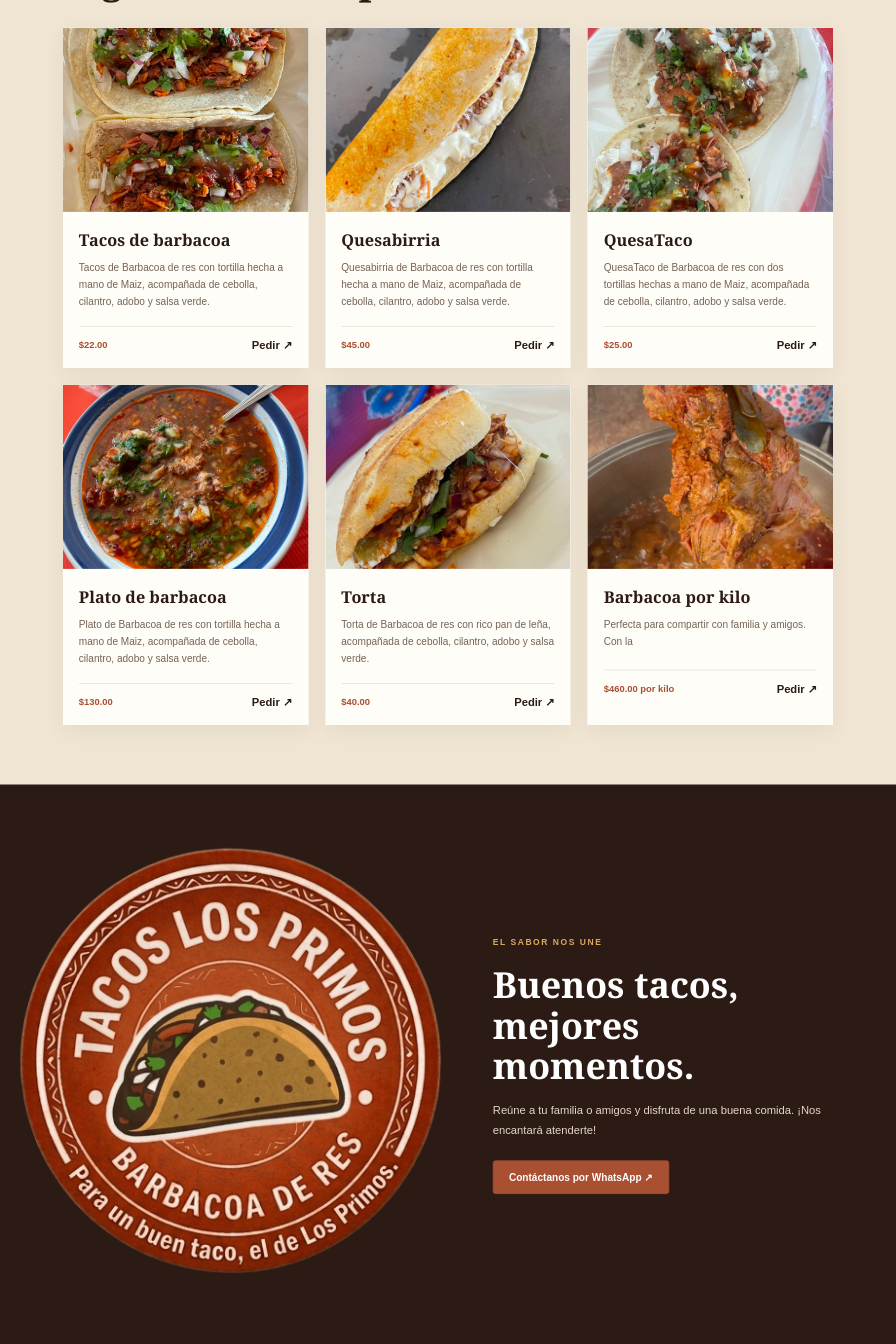
Repository: rafaelsilva2k/TacoslosPrimos-landingP
Page: /
The author's editor kept a copy of each file at every save. The page is drawn from the files as they stood at one save, then again after the next save.
The browser window is 1280 px wide. The pictures show the part of the page from y = 1364 to 3284 px (the page is 4126 px tall), at 70% of full size.
The project was rebuilt for these pictures with package versions that can differ from the ones it lists, and the page was loaded fresh each time. Also part of the build but not shown: vite.config.js.

Above is the page before, as saved 2026-10-23 11:52:38.

### index.html

<!doctype html>
<html lang="es-MX">
  <head>
    <meta charset="UTF-8" />
    <meta name="viewport" content="width=device-width, initial-scale=1.0" />
    <meta
      name="description"
      content="Disfruta deliciosos tacos de barbacoa de res en Morelia, Michoacán. Consulta nuestro menú y haz tu pedido por WhatsApp."
    />
    <meta name="theme-color" content="#2b1b14" />
    <title>Tacos Los Primos | Barbacoa de res en Morelia</title>
  </head>
  <body>
    <div id="root"></div>
    <script type="module" src="/src/main.jsx"></script>
  </body>
</html>

### src/index.css

* {
  box-sizing: border-box;
}

html {
  scroll-behavior: smooth;
  scroll-padding-top: 20px;
}

body {
  margin: 0;
  min-width: 320px;
  font-family: Arial, Helvetica, sans-serif;
  background: #faf4e9;
  color: #38271d;
  -webkit-font-smoothing: antialiased;
}

button,
a {
  -webkit-tap-highlight-color: transparent;
}

img {
  max-width: 100%;
}

::selection {
  background: #a94f32;
  color: white;
}

### src/App.jsx

import "./App.css";

const NEGOCIO = {
  nombre: "TACOS LOS PRIMOS",
  lema: "Barbacoa de res estilo Tierra Caliente",
  ciudad: "Morelia, Michoacán",
  telefonoWhatsApp: "524531285884",
  direccion: "Sobre Avenida Amalia Solorzano, Frente a Primaria Ignacio Manuel Altamirano, Morelia, Michoacán",
  horario: "Lunes a Domingo: 8:00 AM - 12:40 PM",
};

const menu = [
  {
    nombre: "Tacos de barbacoa",
    descripcion:
      "Tacos de Barbacoa de res con tortilla hecha a mano de Maiz, acompañada de cebolla, cilantro, adobo y salsa verde.",
    imagen: "src/assets/tacos.png",
    precio: "$22.00",
  },
  {
    nombre: "Quesabirria",
    descripcion:
      "Quesabirria de Barbacoa de res con tortilla hecha a mano de Maiz, acompañada de cebolla, cilantro, adobo y salsa verde.",
    imagen: "src/assets/quesabirria.png",
    precio: "$45.00",
  },
  {
    nombre: "QuesaTaco",
    descripcion:
      "QuesaTaco de Barbacoa de res con dos tortillas hechas a mano de Maiz, acompañada de cebolla, cilantro, adobo y salsa verde.",
    imagen: "src/assets/quesataco.png",
    precio: "$25.00",
  },
  {
    nombre: "Plato de barbacoa",
    descripcion:
      "Plato de Barbacoa de res con tortilla hecha a mano de Maiz, acompañada de cebolla, cilantro, adobo y salsa verde.",
    imagen: "src/assets/plato.png",
    precio: "$130.00",
  },
  {
    nombre: "Torta",
    descripcion:
      "Torta de Barbacoa de res con rico pan de leña, acompañada de cebolla, cilantro, adobo y salsa verde.",
    imagen: "src/assets/torta.png",
    precio: "$40.00",
  },
  {
    nombre: "Barbacoa por kilo",
    descripcion:
      "Perfecta para compartir con familia y amigos. Con la ",
    imagen: "src/assets/porkilo.png",
    precio: "$460.00 por kilo",
  },
];

function crearMensaje(producto = "") {
  const mensaje = producto
    ? `Hola, quiero pedir ${producto}. ¿Me pueden dar información?`
    : `Hola, quiero conocer el menú de ${NEGOCIO.nombre}.`;

  return `https://wa.me/${NEGOCIO.telefonoWhatsApp}?text=${encodeURIComponent(
    mensaje
  )}`;
}

function App() {
  return (
    <>
      <header className="navbar">
        <a href="#inicio" className="marca">
          <img
            src="/src/assets/logo.png"
            alt={`Logotipo de ${NEGOCIO.nombre}`}
            className="logo"
          />
          <span>{NEGOCIO.nombre}</span>
        </a>

        <nav className="nav-links" aria-label="Navegación principal">
          <a href="#menu">Menú</a>
          <a href="#nosotros">Nosotros</a>
          <a href="#ubicacion">Ubicación</a>
        </nav>

        <a
          className="boton boton-nav"
          href={crearMensaje()}
          target="_blank"
          rel="noreferrer"
        >
          Pedir por WhatsApp
        </a>
      </header>

      <main>
        <section className="hero" id="inicio">
          <div className="hero-contenido">
            <span className="etiqueta">
              SABOR TRADICIONAL · {NEGOCIO.ciudad.toUpperCase()}
            </span>

            <h1>
              El sabor de una buena
              <span> barbacoa.</span>
            </h1>

            <p>
              Ven a disfrutar nuestros tacos de barbacoa de res,
              preparados para compartir buenos momentos y mucho sabor.
            </p>

            <div className="hero-botones">
              <a
                className="boton"
                href={crearMensaje()}
                target="_blank"
                rel="noreferrer"
              >
                Haz tu pedido <span aria-hidden="true">↗</span>
              </a>

              <a className="boton boton-secundario" href="#menu">
                Conoce nuestro menú
              </a>
            </div>
          </div>

          <div className="hero-pie">
            <span>BARBACOA DE RES</span>
            <span>HECHA PARA COMPARTIR</span>
          </div>
        </section>

        <section className="introduccion" id="nosotros">
          <span className="etiqueta etiqueta-oscura">
            BIENVENIDOS A {NEGOCIO.nombre}
          </span>

          <h2>{NEGOCIO.lema}.</h2>

          <p>
            Nos encanta compartir el sabor de la barbacoa de res.
            Queremos que cada visita sea una buena experiencia,
            desde el primer taco hasta el último bocado.
          </p>
        </section>

        <section className="seccion-menu" id="menu">
          <div className="encabezado-seccion">
            <div>
              <span className="etiqueta etiqueta-oscura">
                RECIÉN PREPARADO
              </span>
              <h2>Algo bueno te espera.</h2>
            </div>

            <p>
              Descubre nuestros favoritos y encuentra el
              acompañamiento perfecto.
            </p>
          </div>

          <div className="menu-grid">
            {menu.map((producto) => (
              <article className="producto" key={producto.nombre}>
                <div className="producto-imagen">
                  <img
                    src={producto.imagen}
                    alt={producto.nombre}
                    loading="lazy"
                  />
                </div>

                <div className="producto-info">
                  <h3>{producto.nombre}</h3>
                  <p>{producto.descripcion}</p>

                  <div className="producto-pie">
                    <span>{producto.precio}</span>
                    <a
                      href={crearMensaje(producto.nombre)}
                      target="_blank"
                      rel="noreferrer"
                      aria-label={`Pedir información sobre ${producto.nombre}`}
                    >
                      Pedir ↗
                    </a>
                  </div>
                </div>
              </article>
            ))}
          </div>
        </section>

        <section className="destacado">
          <div className="destacado-imagen">
            <img
              src="/src/assets/logo.png"
              alt={`Conoce ${NEGOCIO.nombre}`}
              loading="lazy"
            />
          </div>

          <div className="destacado-texto">
            <span className="etiqueta">
              EL SABOR NOS UNE
            </span>

            <h2>Buenos tacos, mejores momentos.</h2>

            <p>
              Reúne a tu familia o amigos y disfruta de una buena
              comida. ¡Nos encantará atenderte!
            </p>

            <a
              className="boton"
              href={crearMensaje()}
              target="_blank"
              rel="noreferrer"
            >
              Contáctanos por WhatsApp ↗
            </a>
          </div>
        </section>

        <section className="ubicacion" id="ubicacion">
          <span className="etiqueta etiqueta-oscura">
            ENCUÉNTRANOS
          </span>

          <h2>Te esperamos.</h2>

          <p>
            <strong>Ubicación:</strong> {NEGOCIO.direccion}
          </p>

          <p>
            <strong>Horario:</strong> {NEGOCIO.horario}
          </p>

          <p>{NEGOCIO.ciudad}</p>

          <a
            className="boton"
            href="https://maps.google.com/?q=19.657452%2C-101.195000"
            target="_blank"
            rel="noreferrer"
          >
            Buscar en Google Maps ↗
          </a>

          <p>
          <a
            className="boton"
            href="https://oia.didiglobal.com/dlp/0SPnBE"
            target="_blank"
            rel="noreferrer"
          >
            Buscar en DIDI Food ↗
          </a>
          </p>


        </section>
      </main>

      <footer className="footer">
        <a href="#inicio" className="marca marca-footer">
          <img src="/src/assets/logo.png" alt="" className="logo" />
          <span>{NEGOCIO.nombre}</span>
        </a>

        <p>El sabor de la tradición, en cada taco.</p>

        <a
          href={crearMensaje()}
          target="_blank"
          rel="noreferrer"
        >
          Escríbenos por WhatsApp
        </a>

        <small>
          © {new Date().getFullYear()} {NEGOCIO.nombre}. Todos los derechos
          reservados.
        </small>
      </footer>

      <a
        className="whatsapp-flotante"
        href={crearMensaje()}
        target="_blank"
        rel="noreferrer"
        aria-label="Contactar por WhatsApp"
      >
        WhatsApp ↗
      </a>
    </>
  );
}

export default App;

### src/App.css

:root {
  --cafe: #2b1b14;
  --cafe-claro: #4b3022;
  --crema: #faf4e9;
  --terracota: #a94f32;
  --dorado: #d9a85e;
  --texto: #38271d;
  --blanco: #fffdf8;
}

#root {
  width: 100%;
}

.navbar {
  min-height: 82px;
  padding: 14px 6%;
  display: flex;
  align-items: center;
  justify-content: space-between;
  gap: 24px;
  background: var(--crema);
}

.marca {
  display: flex;
  align-items: center;
  gap: 12px;
  color: var(--cafe);
  font-weight: 900;
  font-size: 1.05rem;
  letter-spacing: 1px;
  text-decoration: none;
}

.logo {
  width: 48px;
  height: 48px;
  object-fit: contain;
}

.nav-links {
  display: flex;
  align-items: center;
  gap: 30px;
}

.nav-links a,
.footer > a:not(.marca) {
  color: var(--texto);
  text-decoration: none;
  font-size: 0.9rem;
}

.nav-links a:hover,
.footer > a:not(.marca):hover {
  color: var(--terracota);
}

.boton {
  display: inline-flex;
  align-items: center;
  justify-content: center;
  gap: 10px;
  min-height: 48px;
  padding: 13px 22px;
  border: 1px solid var(--terracota);
  border-radius: 4px;
  background: var(--terracota);
  color: white;
  font-weight: 700;
  font-size: 0.9rem;
  text-decoration: none;
  transition: background 0.2s, transform 0.2s;
}

.boton:hover {
  background: #853c26;
  transform: translateY(-2px);
}

.boton-nav {
  min-height: 42px;
  padding: 10px 16px;
}

.hero {
  position: relative;
  display: flex;
  align-items: center;
  min-height: 620px;
  padding: 90px 8% 105px;
  color: white;
  background:
    linear-gradient(
      90deg,
      rgba(31, 19, 12, 0.94) 0%,
      rgba(31, 19, 12, 0.75) 48%,
      rgba(31, 19, 12, 0.15) 100%
    ),
    url("/tacos-barbacoa.jpg") center 55% / cover no-repeat;
}

.hero-contenido {
  max-width: 680px;
}

.etiqueta {
  display: inline-block;
  margin-bottom: 22px;
  color: var(--dorado);
  font-size: 0.76rem;
  font-weight: 800;
  letter-spacing: 2.2px;
  line-height: 1.6;
}

.hero h1 {
  margin: 0;
  font-family: Georgia, "Times New Roman", serif;
  font-size: clamp(3rem, 6.4vw, 5.5rem);
  line-height: 1.04;
  letter-spacing: -2px;
}

.hero h1 span {
  display: block;
  color: var(--dorado);
}

.hero-contenido > p {
  max-width: 500px;
  margin: 25px 0 30px;
  color: #f0e5d8;
  font-size: 1.05rem;
  line-height: 1.9;
}

.hero-botones {
  display: flex;
  flex-wrap: wrap;
  gap: 12px;
}

.boton-secundario {
  border-color: rgba(255, 255, 255, 0.65);
  background: transparent;
}

.boton-secundario:hover {
  background: rgba(255, 255, 255, 0.12);
}

.hero-pie {
  position: absolute;
  right: 8%;
  bottom: 25px;
  left: 8%;
  display: flex;
  justify-content: space-between;
  gap: 20px;
  padding-top: 15px;
  border-top: 1px solid rgba(255, 255, 255, 0.35);
  color: #f4e3cd;
  font-size: 0.68rem;
  font-weight: 700;
  letter-spacing: 2px;
}

.introduccion {
  max-width: 850px;
  margin: 0 auto;
  padding: 100px 24px;
  text-align: center;
}

.etiqueta-oscura {
  color: var(--terracota);
}

.introduccion h2,
.encabezado-seccion h2,
.ubicacion h2 {
  margin: 0;
  color: var(--cafe);
  font-family: Georgia, "Times New Roman", serif;
  font-size: clamp(2.2rem, 4vw, 3.3rem);
  line-height: 1.15;
}

.introduccion > p {
  max-width: 650px;
  margin: 24px auto 0;
  color: #6d5a4d;
  font-size: 1.02rem;
  line-height: 1.9;
}

.seccion-menu {
  padding: 85px 7%;
  background: #f0e5d3;
}

.encabezado-seccion {
  display: flex;
  align-items: end;
  justify-content: space-between;
  gap: 30px;
  margin-bottom: 38px;
}

.encabezado-seccion .etiqueta {
  margin-bottom: 14px;
}

.encabezado-seccion > p {
  max-width: 330px;
  margin: 0 0 5px;
  color: #6d5a4d;
  line-height: 1.8;
}

.menu-grid {
  display: grid;
  grid-template-columns: repeat(3, minmax(0, 1fr));
  gap: 24px;
}

.producto {
  overflow: hidden;
  background: var(--blanco);
  box-shadow: 0 8px 28px rgba(43, 27, 20, 0.06);
}

.producto-imagen {
  overflow: hidden;
  aspect-ratio: 4 / 3;
  background: #e4d5c0;
}

.producto-imagen img,
.destacado-imagen img {
  width: 100%;
  height: 100%;
  display: block;
  object-fit: cover;
  transition: transform 0.4s;
}

.producto:hover .producto-imagen img {
  transform: scale(1.04);
}

.producto-info {
  padding: 23px;
}

.producto-info h3 {
  margin: 0 0 12px;
  color: var(--cafe);
  font-family: Georgia, "Times New Roman", serif;
  font-size: 1.45rem;
}

.producto-info > p {
  min-height: 55px;
  margin: 0;
  color: #756255;
  font-size: 0.9rem;
  line-height: 1.7;
}

.producto-pie {
  display: flex;
  align-items: center;
  justify-content: space-between;
  gap: 12px;
  margin-top: 22px;
  padding-top: 17px;
  border-top: 1px solid #eadfce;
}

.producto-pie span {
  color: var(--terracota);
  font-size: 0.84rem;
  font-weight: 800;
}

.producto-pie a {
  color: var(--cafe);
  font-weight: 800;
  text-decoration: none;
}

.destacado {
  display: grid;
  grid-template-columns: 1fr 1fr;
  min-height: 430px;
  background: var(--cafe);
  color: white;
}

.destacado-imagen {
  min-height: 400px;
  overflow: hidden;
}

.destacado-texto {
  display: flex;
  flex-direction: column;
  align-items: flex-start;
  justify-content: center;
  padding: 65px 10%;
}

.destacado-texto h2 {
  max-width: 450px;
  margin: 0;
  font-family: Georgia, "Times New Roman", serif;
  font-size: clamp(2.3rem, 4vw, 3.5rem);
  line-height: 1.12;
}

.destacado-texto > p {
  margin: 22px 0 28px;
  color: #e5d6c8;
  line-height: 1.8;
}

.ubicacion {
  padding: 100px 24px;
  background: var(--crema);
  text-align: center;
}

.ubicacion .etiqueta {
  margin-bottom: 14px;
}

.ubicacion h2 {
  margin-bottom: 25px;
}

.ubicacion > p {
  margin: 12px 0;
  color: #6d5a4d;
  line-height: 1.7;
}

.ubicacion .boton {
  margin-top: 20px;
}

.footer {
  display: flex;
  flex-direction: column;
  align-items: center;
  gap: 18px;
  padding: 45px 24px 30px;
  background: #21140f;
  color: #e7d9c9;
  text-align: center;
}

.marca-footer {
  color: white;
}

.footer > p {
  margin: 0;
  color: #cbb9a6;
}

.footer small {
  margin-top: 15px;
  color: #ad9986;
  font-size: 0.75rem;
}

.whatsapp-flotante {
  position: fixed;
  right: 22px;
  bottom: 22px;
  z-index: 10;
  padding: 14px 19px;
  border-radius: 50px;
  background: #218c53;
  color: white;
  font-size: 0.88rem;
  font-weight: 800;
  text-decoration: none;
  box-shadow: 0 5px 20px rgba(0, 0, 0, 0.2);
}

.whatsapp-flotante:hover {
  background: #176c3e;
}

@media (max-width: 850px) {
  .navbar {
    flex-wrap: wrap;
    padding: 14px 5%;
  }

  .nav-links {
    order: 3;
    width: 100%;
    justify-content: center;
    gap: 25px;
    padding-top: 12px;
    border-top: 1px solid #e8ddcd;
  }

  .hero {
    min-height: 570px;
    padding-right: 6%;
    padding-left: 6%;
    background-position: 58% center;
  }

  .menu-grid {
    grid-template-columns: repeat(2, minmax(0, 1fr));
  }

  .destacado-texto {
    padding: 45px 8%;
  }
}

@media (max-width: 560px) {
  .navbar {
    gap: 12px;
  }

  .marca {
    gap: 8px;
    font-size: 0.86rem;
  }

  .logo {
    width: 40px;
    height: 40px;
  }

  .boton-nav {
    padding: 10px 11px;
    font-size: 0.76rem;
  }

  .nav-links {
    gap: 19px;
  }

  .nav-links a {
    font-size: 0.82rem;
  }

  .hero {
    min-height: 600px;
    padding: 70px 6% 100px;
    background-position: 62% center;
  }

  .hero h1 {
    font-size: clamp(2.8rem, 12vw, 4rem);
    letter-spacing: -1.5px;
  }

  .hero-contenido > p {
    font-size: 0.96rem;
  }

  .hero-botones {
    align-items: stretch;
    flex-direction: column;
  }

  .hero-botones .boton {
    width: 100%;
    box-sizing: border-box;
  }

  .hero-pie {
    right: 6%;
    left: 6%;
    font-size: 0.55rem;
    letter-spacing: 1px;
  }

  .introduccion {
    padding: 75px 22px;
  }

  .seccion-menu {
    padding: 70px 6%;
  }

  .encabezado-seccion {
    align-items: flex-start;
    flex-direction: column;
    gap: 15px;
  }

  .menu-grid {
    grid-template-columns: 1fr;
    gap: 20px;
  }

  .producto-info > p {
    min-height: 0;
  }

  .destacado {
    grid-template-columns: 1fr;
  }

  .destacado-imagen {
    min-height: 280px;
    height: 280px;
  }

  .destacado-texto {
    padding: 55px 7%;
  }

  .ubicacion {
    padding: 75px 20px;
  }

  .whatsapp-flotante {
    right: 14px;
    bottom: 14px;
    padding: 13px 16px;
  }
}

Loaded but not shown: src/main.jsx (common file)

After the next save:
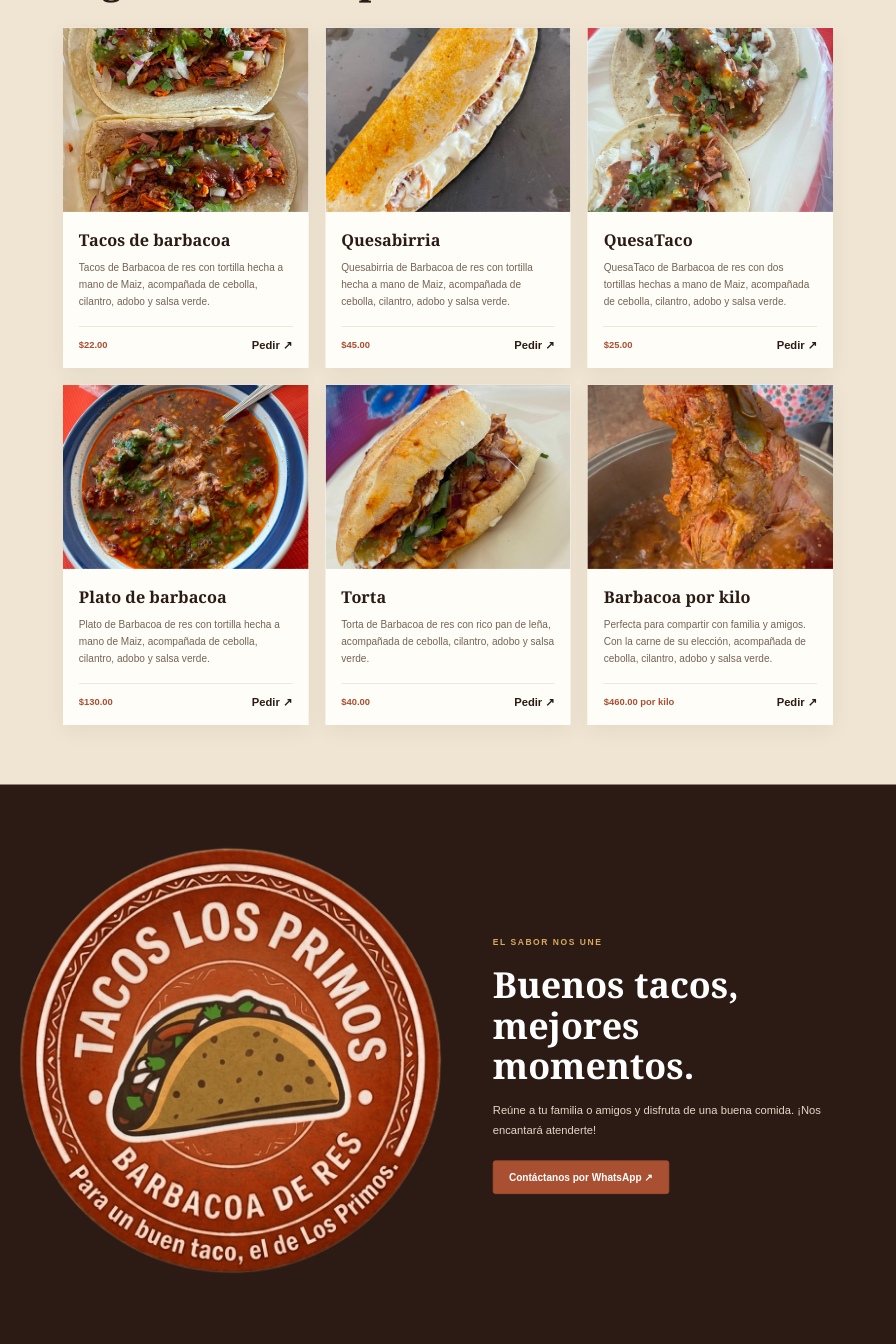
Saved 11 s later.
--- a/src/App.jsx
+++ b/src/App.jsx
@@ -49,7 +49,7 @@
   {
     nombre: "Barbacoa por kilo",
     descripcion:
-      "Perfecta para compartir con familia y amigos. Con la ",
+      "Perfecta para compartir con familia y amigos. Con la carne de su elección, acompañada de cebolla, cilantro, adobo y salsa verde.",
     imagen: "src/assets/porkilo.png",
     precio: "$460.00 por kilo",
   },
